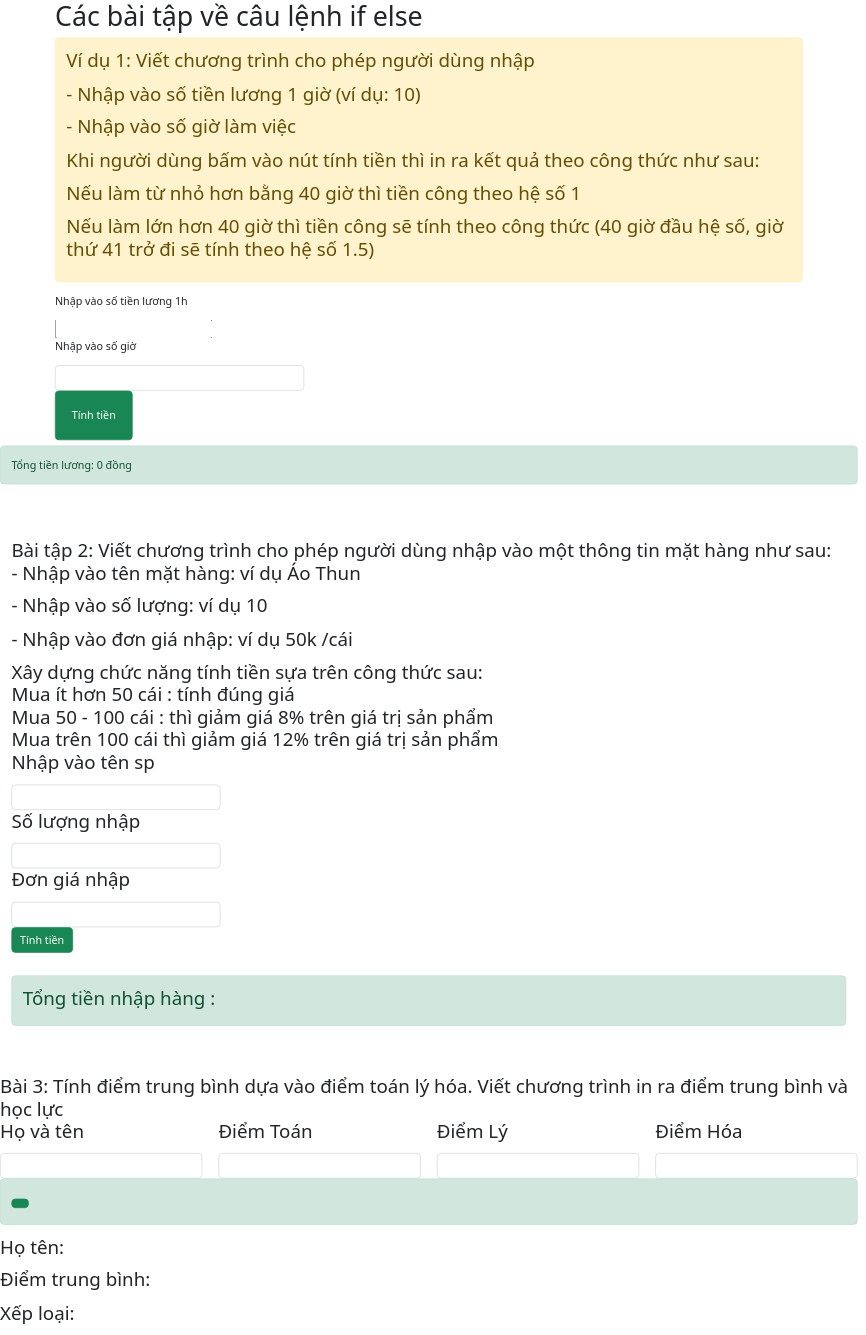
Repository: hcozyph/cyberSoft_JS_fulldocs
Page: JS_4/index.html
An editor plug-in stored every save of this project. The page is shown before and after the next save, followed by the edit.
The browser window is 1280 px wide. The page is 1292 px wide, so the pictures cover 1292 px, including what lies to the right of the window. The pictures show the whole page, at 67% of full size.

Above is the page before, as saved 2023-02-05 09:06:31.

### JS_4/index.html
<!DOCTYPE html>
<html lang="en">
    <head>
        <title>Title</title>
        <!-- Required meta tags -->
        <meta charset="utf-8" />
        <meta
            name="viewport"
            content="width=device-width, initial-scale=1, shrink-to-fit=no"
        />

        <!-- Bootstrap CSS v5.2.1 -->
        <link
            href="https://cdn.jsdelivr.net/npm/bootstrap@5.2.1/dist/css/bootstrap.min.css"
            rel="stylesheet"
            integrity="sha384-iYQeCzEYFbKjA/T2uDLTpkwGzCiq6soy8tYaI1GyVh/UjpbCx/TYkiZhlZB6+fzT"
            crossorigin="anonymous"
        />

        <!-- link index.css -->
        <link rel="stylesheet" href="./CSS/index.css" />
    </head>

    <body>
        <div class="container">
            <h1>Các bài tập về câu lệnh if else</h1>
            <h3 class="alert alert-warning">
                <p>Ví dụ 1: Viết chương trình cho phép người dùng nhập</p>

                <p>- Nhập vào số tiền lương 1 giờ (ví dụ: 10)</p>

                <p>- Nhập vào số giờ làm việc</p>

                <p>
                    Khi người dùng bấm vào nút tính tiền thì in ra kết quả theo
                    công thức như sau:
                </p>

                <p>Nếu làm từ nhỏ hơn bằng 40 giờ thì tiền công theo hệ số 1</p>

                <p>
                    Nếu làm lớn hơn 40 giờ thì tiền công sẽ tính theo công thức
                    (40 giờ đầu hệ số, giờ thứ 41 trở đi sẽ tính theo hệ số 1.5)
                </p>
            </h3>

            <div class="from-group-row">
                <div class="col-4">
                    <p>Nhập vào số tiền lương 1h</p>
                    <input type="" id="tienLuong1h" class="from-control" />
                </div>

                <div class="col-4">
                    <p>Nhập vào số giờ</p>
                    <input type="text" id="soGioLam" class="form-control" />
                </div>

                <div class="col-4">
                    <button
                        id="btnTinhTien"
                        class="btn btn-success d-inline-block p-4"
                        onclick="tinhTienLuong()"
                    >
                        Tính tiền
                    </button>
                </div>
            </div>
        </div>

        <div class="form-group mt-2">
            <p class="alert alert-success">
                Tổng tiền lương: <span id="tongLuong">0 đồng</span>
            </p>
        </div>

        <br />
        <br />

        <h3 class="alert alert-morning">
            Bài tập 2: Viết chương trình cho phép người dùng nhập vào một thông
            tin mặt hàng như sau:

            <p>- Nhập vào tên mặt hàng: ví dụ Áo Thun</p>

            <p>- Nhập vào số lượng: ví dụ 10</p>

            <p>- Nhập vào đơn giá nhập: ví dụ 50k /cái</p>

            Xây dựng chức năng tính tiền sựa trên công thức sau:
            <br />
            Mua ít hơn 50 cái : tính đúng giá
            <br />
            Mua 50 - 100 cái : thì giảm giá 8% trên giá trị sản phẩm
            <br />
            Mua trên 100 cái thì giảm giá 12% trên giá trị sản phẩm

            <div class="form-group-row">
                <div class="col-3">
                    <p>Nhập vào tên sp</p>
                    <input
                        type="text"
                        name=""
                        id="tenSanPham"
                        class="form-control"
                    />
                </div>

                <div class="col-3">
                    <p>Số lượng nhập</p>
                    <input
                        type="text"
                        name=""
                        id="soLuongNhap"
                        class="form-control"
                    />
                </div>

                <div class="col-3">
                    <p>Đơn giá nhập</p>
                    <input
                        type="text"
                        name=""
                        id="soLuongNhap"
                        class="form-control"
                    />
                </div>

                <div class="col-3">
                    <button
                        id="btnTinhTienHang"
                        class="btn btn-success"
                        onclick="tinhTienHang()"
                    >
                        Tính tiền
                    </button>
                </div>
            </div>

            <br />

            <div class="alert alert-success">
                <h3>Tổng tiền nhập hàng : <span id="tongTienHang"></span></h3>
            </div>
        </h3>
        <br />

        <h3>
            Bài 3: Tính điểm trung bình dựa vào điểm toán lý hóa. Viết chương
            trình in ra điểm trung bình và học lực

            <div class="form-group row">
                <div class="col-3">
                    <p>Họ và tên</p>
                    <input type="text" class="form-control" id="hoVaTen" />
                </div>

                <div class="col-3">
                    <p>Điểm Toán</p>
                    <input type="text" class="form-control" id="diemToan" />
                </div>

                <div class="col-3">
                    <p>Điểm Lý</p>
                    <input type="text" class="form-control" id="diemLy" />
                </div>

                <div class="col-3">
                    <p>Điểm Hóa</p>
                    <input type="text" class="form-control" id="diemHoa" />
                </div>
            </div>

            <div class="alert alert-success">
                <button id="btnXepLoai" class="btn btn-success my-2"></button>
            </div>

            <div class="">
                <p>Họ tên: <span id="out-put-ho-ten"></span></p>

                <p>
                    Điểm trung bình: <span id="out-put-diem-trung-binh"></span>
                </p>

                <p>Xếp loại: <span id="out-put-xep-loai"></span></p>
            </div>
        </h3>

        <!-- Bootstrap JavaScript Libraries -->
        <script
            src="https://cdn.jsdelivr.net/npm/@popperjs/core@2.11.6/dist/umd/popper.min.js"
            integrity="sha384-oBqDVmMz9ATKxIep9tiCxS/Z9fNfEXiDAYTujMAeBAsjFuCZSmKbSSUnQlmh/jp3"
            crossorigin="anonymous"
        ></script>

        <script
            src="https://cdn.jsdelivr.net/npm/bootstrap@5.2.1/dist/js/bootstrap.min.js"
            integrity="sha384-7VPbUDkoPSGFnVtYi0QogXtr74QeVeeIs99Qfg5YCF+TidwNdjvaKZX19NZ/e6oz"
            crossorigin="anonymous"
        ></script>

        <!-- link index.js -->
        <script src="./JS/index.js"></script>
    </body>
</html>

### JS_4/JS/index.js
/////// TOÁN TỬ LUẬN LÝ
//Ví dụ 1: về TRUE & FALSE
var number1 = '10';
var number2 = 10;

/// '==' : bằng
console.log('==', number1 == number2);

/// '!=' : khác
console.log('!==', number1 != number2);

/// '===' : so sánh bằng giá trị trước và kiểu dữ liệu
console.log ('===', number1 === number2);

/// '!==' : khác và khác kiểu dữ liệu
console.log ('!==', number1 !== number2);

/// '>' : lớn hơn
console.log ('>', number1 > number2 );

/// '>=' : lớn hơn hoặc bằng
console.log ('>=', number1 >= number2 );

/////// TOÁN TỬ SO SÁNH

var bieuThucA = true;
var bieuThucB = true;
var bieuThucC = false;


/// '!' : phủ định
console.log ('phủ định', !bieuThucA)

/// '&&' : và - tất cả phải đều đúng
console.log ('và', bieuThucA && bieuThucB) //true

console.log ('và', bieuThucA && bieuThucB && bieuThucC) //false

/// '||' : hoặc - chỉ cần 1 biểu thức đúng
console.log ('và', bieuThucA || bieuThucB && bieuThucC) //false


///////////// IF

//Ví dụ 2: Tính điểm thi , xếp loại

//input
var dtb = 5 ;
var hanhKiem = 5;

//output
var ketQua = '';

//Viết chương trình xem sinh viên có đậu hay không, nếu đạu in ra console.log('Đậu'). Biết rằng trung bình trên 5 và hanhKiem trên 5 thì mới đậu

if (dtb >= 5 && hanhKiem >= 5) {
    console.log ('Đậu');
};
// else {
//     ketqua = 'Rớt'

function tinhTienLuong () {
    // input
    var tienLuong1h = document.getElementById('tienLuong1h').value;
    var soGioLam = document.getElementById('soGioLam').value;

    //output
    var tongLuong = 0;

    // process
    if (soGioLam <= 40) {
        tongLuong = soGioLam * tienLuong1h;}

    else {
        tongLuong = (soGioLam - 40) * 1.5 * tienLuong1h + soGioLam * tienLuong1h;
        console.log(tongLuong)
    };

    document.getElementById('tongLuong').innerHTML = tongLuong;
};


// var btn = document.getElementById('btnTinhTien');
// btn.onclick = tinhTienLuong;


/////BT 2:

function tinhTienHang () {
    // input
    var tenSanPham = document.getElementById('tenSanPham');

    var soLuongNhap = document.getElementById('soLuongNhap').value;

    var donGiaNhap = document.getElementById('donGiaNhap').value;

    //output
    var tongTienHang = 0;

    // process

    if (soLuongNhap < 50) {
        tongTienHang = soLuongNhap * donGiaNhap
    } else if (soLuongNhap > 100) {
        tongTienHang = soLuongNhap * donGiaNhap * 0.92
    } else {
        tongTienHang = soLuongNhap * donGiaNhap * 0.88
    }

    document.getElementById('tongTienHang').innerHTML = tongTienHang;

}

// Biểu thức 3 ngôi thay thế if else
// Ví dụ: cho 1 số tự nhiên, cho biết số đó là số chắn hay lẻ

var n = 9 ;

/*  if (n % 2 == 0) {
        console.log('số chẵn');
    else {
        console.log('số lẻ');
    }
}
*/

// 3 ngôi

/// Viết chưo

Loaded but not shown: JS_4/CSS/index.css (common file)

After the next save:
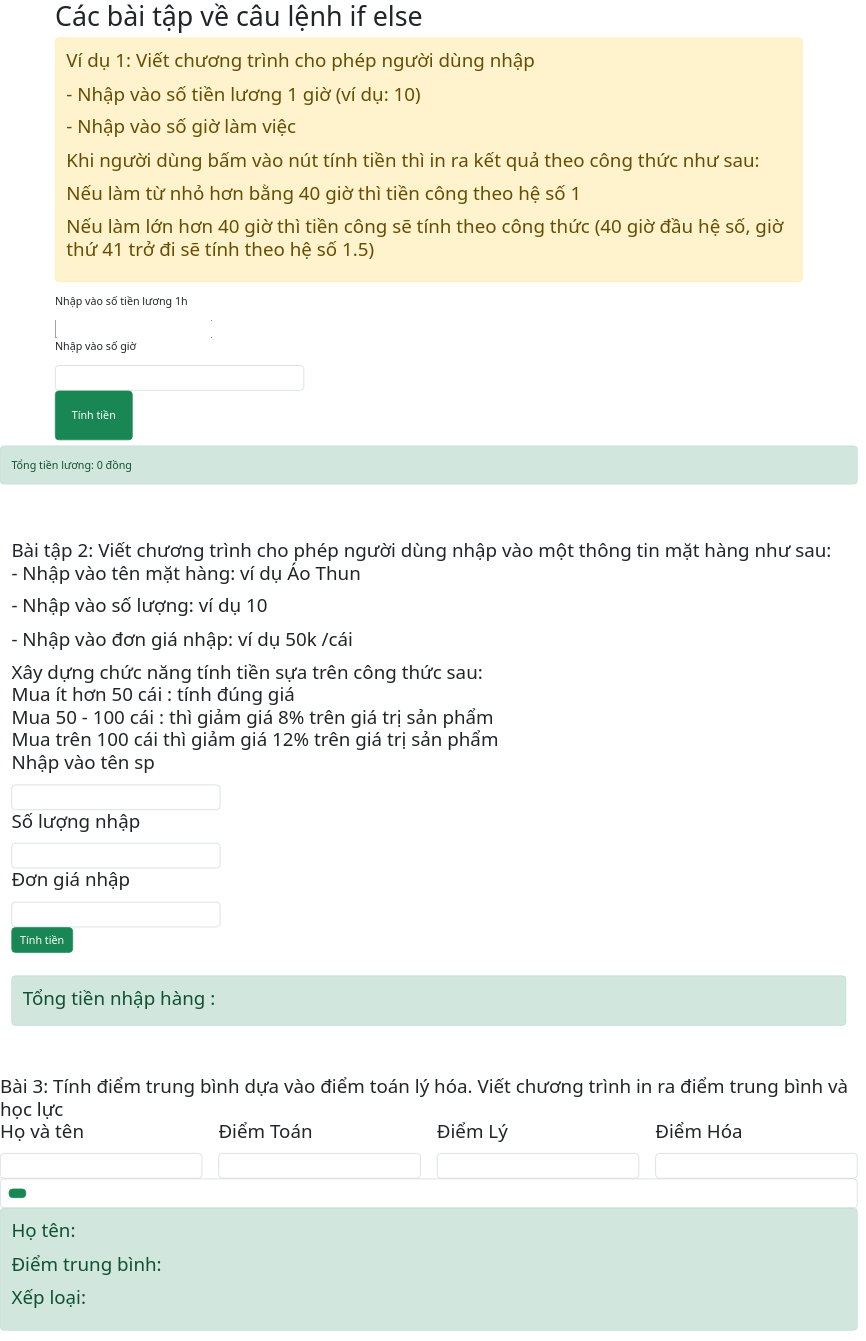
Saved 15 s later.
--- a/JS_4/index.html
+++ b/JS_4/index.html
@@ -170,11 +170,11 @@
                 </div>
             </div>
 
+            <div class="form-control">
+                <button id="btnXepLoai" class="btn btn-success my-2"></button>
+            </div>
+
             <div class="alert alert-success">
-                <button id="btnXepLoai" class="btn btn-success my-2"></button>
-            </div>
-
-            <div class="">
                 <p>Họ tên: <span id="out-put-ho-ten"></span></p>
 
                 <p>
